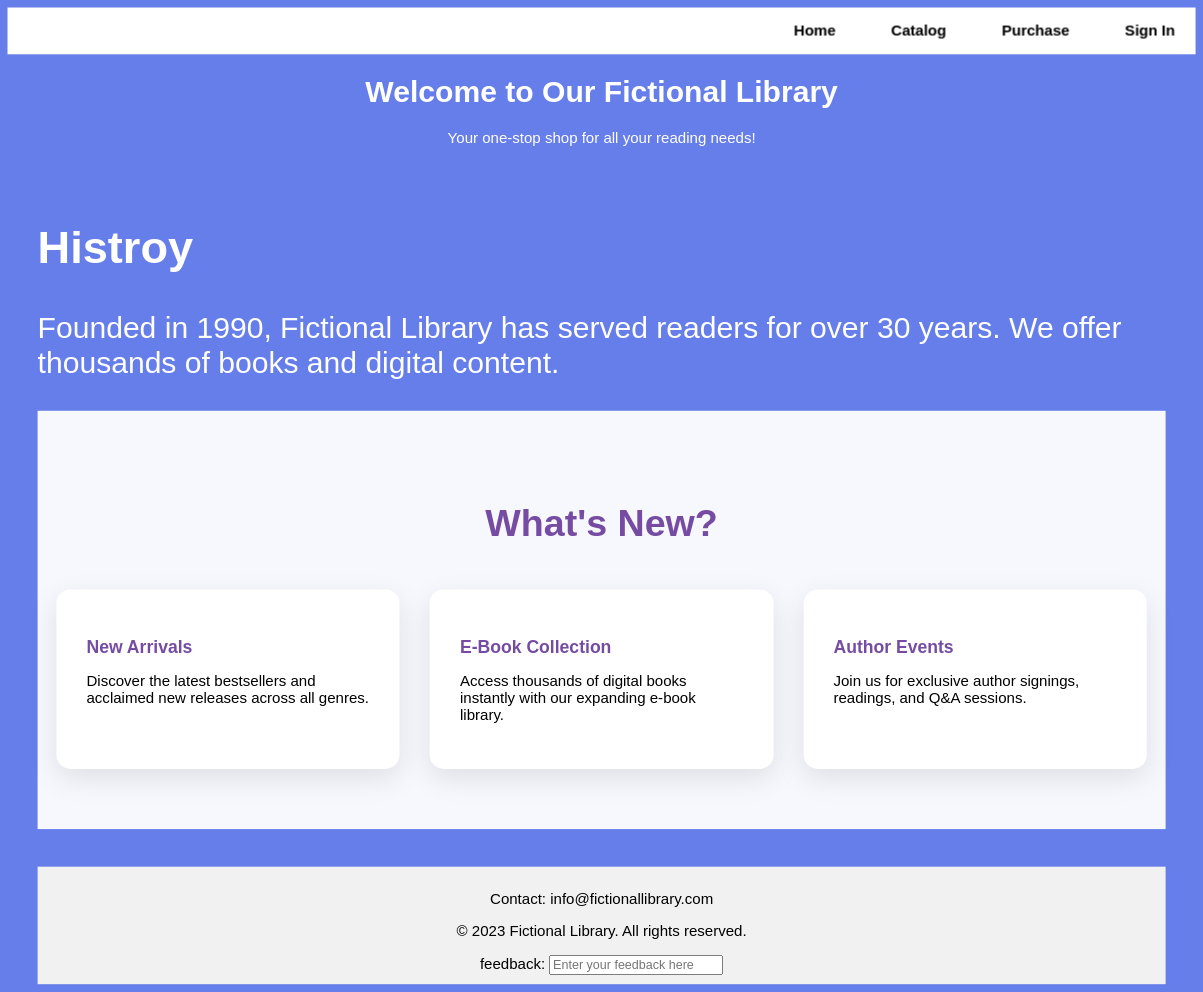
Repository: Ibrahim-Abohola/BookStore
Page: Homepage.html
An editor plug-in stored every save of this project. The page is shown before and after the next save, followed by the edit.
The browser window is 1280 px wide. The pictures show the whole page, at 94% of full size.

Above is the page before, as saved 2025-07-16 01:10:20.

### Homepage.html
<!DOCTYPE html>
<html lang="en">
    <head>
    <meta charset="UTF-8">
    <meta name="viewport" content="width=device-width, initial-scale=1.0">
    <title>Bookstore</title>
    <link rel="stylesheet" href="styles.css">
    </head>
    <body>
        <nav class="top-nav">
    <ul>
      <li><a href="Homepage.html">Home</a></li>
      <li><a href="catalog.html">Catalog</a></li>
      <li><a href="purchase.html">Purchase</a></li>
      <li><a href="signin.html">Sign In</a></li>
    </ul>
  </nav>
        <div class = "container">
        <header class = "hero">
            <h1>Welcome to Our Fictional Library</h1>
            <p>Your one-stop shop for all your reading needs!</p>
            <!--img src="bookstore.jpg" alt="Bookstore Image" class="hero-image"-->
        </header>
        <section class = "intro">
                <h2>Histroy</h2>
                    <p>Founded in 1990, Fictional Library has served readers for over 30 years. We offer thousands of books and digital content.</p>
        </section>
        <section class = "highlights">
            <div class="container">
                    <h2>What's New?</h2>
            <div class="highlight-grid">
                    <div class="highlight-card">
                        <h3>New Arrivals</h3>
                        <p>Discover the latest bestsellers and acclaimed new releases across all genres.</p>
                    </div>
                    <div class="highlight-card">
                        <h3>E-Book Collection</h3>
                        <p>Access thousands of digital books instantly with our expanding e-book library.</p>
                    </div>
                    <div class="highlight-card">
                        <h3>Author Events</h3>
                        <p>Join us for exclusive author signings, readings, and Q&A sessions.</p>
                    </div>
                </div>
            </div>
        </section>

        <footer>
            <p>Contact: info@fictionallibrary.com</p>
            <p>&copy; 2023 Fictional Library. All rights reserved.</p>
            <form action="#">
                <label for="feedback">feedback:</label>
                <input type="text" id="feedback" name="feedback" placeholder="Enter your feedback here">
            </form>
        </footer>
        </div>

    </body>
</html>

### styles.css
body {
    font-family: sans-serif;
    background-color: #667eea;
}

.container {
    max-width: 1200px;
    margin: 0 auto;
    padding: 0 20px;
}

nav {
    background: rgba(255, 255, 255, 0.95);
    backdrop-filter: blur(10px);
    padding: 1rem 0;
    position: fixed;
    width: 100%;
    top: 0;
    z-index: 1000;
}
nav.top-nav {
  display: flex;
  justify-content: flex-end;
  background: white;
  position: sticky;
  z-index: 1000;
}
nav.top-nav ul {
  display: flex;
  margin: 0;
  padding: 0;
}
nav.top-nav ul li {
  margin-left: 15px;
}
nav.top-nav ul li a {
  color: black;
  font-weight: bold;
  padding: 8px 12px;
}
nav.top-nav ul li a:hover {
  background-color: #147749ea;
  border-radius: 4px;
}

nav .container {
    display: flex;
    justify-content: space-between;
    align-items: center;
}

nav ul {
    display: flex;
    list-style: none;
    background:white;
    padding: 10px;
}

nav ul li a {
    color: white;
    margin: 0 10px;
    text-decoration: none;
}

.hero {
    color: white;
    text-align: center;
}
.intro {
    color: white;
    font-size: 2rem;
    margin-bottom: 1rem;
    margin-top: 80px;
}

.highlights {
    padding: 4rem 0;
    background: rgba(255, 255, 255, 0.95);
}

.highlights h2 {
    text-align: center;
    margin-bottom: 3rem;
    color: #764ba2;
    font-size: 2.5rem;
}

.highlight-grid {
    display: grid;
    grid-template-columns: repeat(auto-fit, minmax(300px, 1fr));
    width: 100%;
    gap: 2rem;
}

.highlight-card {
    background: white;
    padding: 2rem;
    border-radius: 15px;
    box-shadow: 0 10px 30px rgba(0, 0, 0, 0.1);
    transition: transform 0.3s ease;
}

.highlight-card h3 {
    color: #764ba2;
    margin-bottom: 1rem;
}

.signin-container {
    display: flex;
    justify-content: center;
    align-items: center;
    min-height: calc(100vh - 80px);
}

.signin-form {
    background: rgba(255, 255, 255, 0.95);
    padding: 3rem;
    border-radius: 20px;
    box-shadow: 0 15px 35px rgba(0, 0, 0, 0.1);
    width: 100%;
    max-width: 400px;
    backdrop-filter: blur(10px);
}

.signin-form h2 {
    text-align: center;
    margin-bottom: 2rem;
    color: #764ba2;
    font-size: 2rem;
}

.form-group {
    margin-bottom: 1.5rem;
}

.form-group label {
    display: block;
    margin-bottom: 0.5rem;
    font-weight: 500;
}

.form-group input {
    width: 100%;
    padding: 0.8rem;
    border: 2px solid #e0e0e0;
    border-radius: 10px;
    font-size: 1rem;
    transition: border-color 0.3s ease;
}

.form-group input:focus {
    outline: none;
    border-color: #764ba2;
}

.signin-btn {
    width: 100%;
    padding: 1rem;
    background: linear-gradient(135deg, #667eea 0%, #764ba2 100%);
    color: white;
    border: none;
    border-radius: 10px;
    font-size: 1.1rem;
    font-weight: 600;
    cursor: pointer;
    transition: transform 0.3s ease;
}

.signin-btn:hover {
    transform: translateY(-2px);
}

.catalog {
    display: flex;
    flex-wrap: wrap;
    gap: 20px;
    padding: 20px;
}

.catalog-header {
    padding: 2rem 0;
    background: rgba(255, 255, 255, 0.95);
    text-align: center;
}

.catalog-header h1 {
    color: #764ba2;
    font-size: 2.5rem;
    margin-bottom: 1rem;
}

.books-grid {
    display: grid;
    grid-template-columns: repeat(auto-fit, minmax(300px, 1fr));
    gap: 2rem;
    padding: 2rem 0;
}

.book-card {
    background: rgba(255, 255, 255, 0.95);
    border-radius: 15px;
    overflow: hidden;
    box-shadow: 0 10px 30px rgba(0, 0, 0, 0.1);
    transition: transform 0.3s ease;
}

.book-card:hover {
    transform: translateY(-5px);
}

.book-cover {
    width: 100%;
    height: 300px;
    background: linear-gradient(135deg, #667eea, #764ba2);
    display: flex;
    align-items: center;
    justify-content: center;
    color: white;
    font-size: 1.2rem;
    font-weight: bold;
}

.book-info {
    padding: 1.5rem;
}

.book-title {
    font-size: 1.3rem;
    font-weight: bold;
    margin-bottom: 0.5rem;
    color: #333;
}

.book-author {
    color: #666;
    margin-bottom: 0.5rem;
}

.book-genre {
    background: #764ba2;
    color: white;
    padding: 0.3rem 0.8rem;
    border-radius: 20px;
    font-size: 0.9rem;
    display: inline-block;
    margin-bottom: 1rem;
}

.availability {
    font-weight: bold;
    margin-bottom: 1rem;
}

.available {
    color: #28a745;
}

.unavailable {
    color: #dc3545;
}

.purchase-btn {
    width: 100%;
    padding: 0.8rem;
    background: linear-gradient(135deg, #667eea, #764ba2);
    color: white;
    border: none;
    border-radius: 10px;
    font-weight: 600;
    cursor: pointer;
    transition: transform 0.3s ease;
}

.purchase-btn:hover {
    transform: translateY(-2px);
}

.purchase-btn:disabled {
    background: #ccc;
    cursor: not-allowed;
    transform: none;
}

.purchase-container {
    padding: 2rem 0;
    min-height: calc(100vh - 80px);
}

.purchase-content {
    display: grid;
    grid-template-columns: 1fr 1fr;
    gap: 3rem;
    max-width: 1000px;
    margin: 0 auto;
}

.book-details {
    background: rgba(255, 255, 255, 0.95);
    padding: 2rem;
    border-radius: 15px;
    box-shadow: 0 10px 30px rgba(0, 0, 0, 0.1);
}

.purchase-form-container {
    background: rgba(255, 255, 255, 0.95);
    padding: 2rem;
    border-radius: 15px;
    box-shadow: 0 10px 30px rgba(0, 0, 0, 0.1);
}

.purchase-form h2 {
    color: #764ba2;
    margin-bottom: 1.5rem;
}

.price {
    font-size: 1.5rem;
    font-weight: bold;
    color: #764ba2;
    margin: 1rem 0;
}

.book {
    border: 1px solid #ccc;
    padding: 10px;
    width: calc(33.333% - 40px);
}

footer {
    margin-top: 40px;
    padding: 10px;
    background: #f1f1f1;
    text-align: center;
}

After the next save:
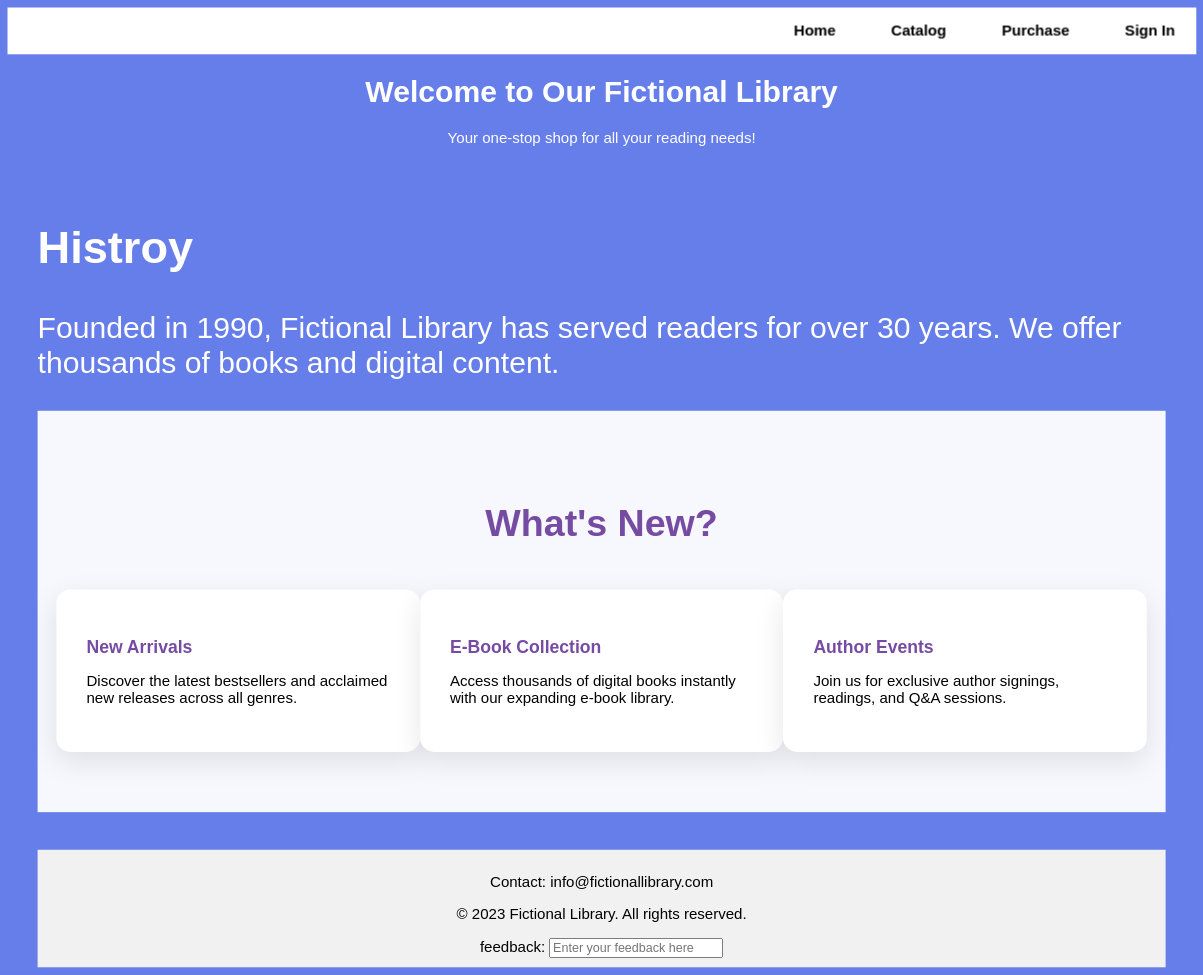
Saved 5 s later.
--- a/styles.css
+++ b/styles.css
@@ -89,7 +89,6 @@
     display: grid;
     grid-template-columns: repeat(auto-fit, minmax(300px, 1fr));
     width: 100%;
-    gap: 2rem;
 }
 
 .highlight-card {

After the save that followed:
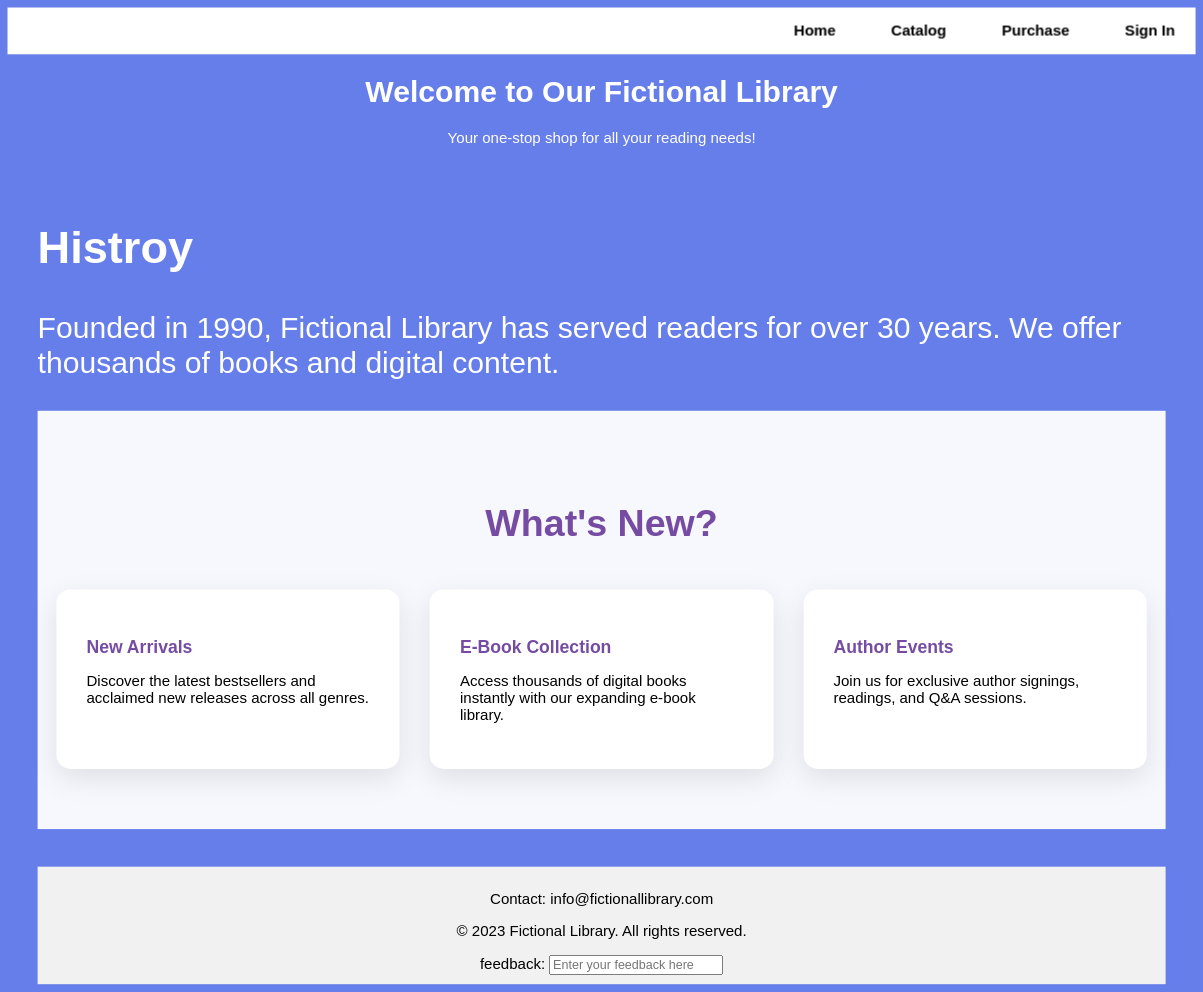
Saved 12 s later.
--- a/styles.css
+++ b/styles.css
@@ -89,6 +89,7 @@
     display: grid;
     grid-template-columns: repeat(auto-fit, minmax(300px, 1fr));
     width: 100%;
+    gap: 2rem;
 }
 
 .highlight-card {
